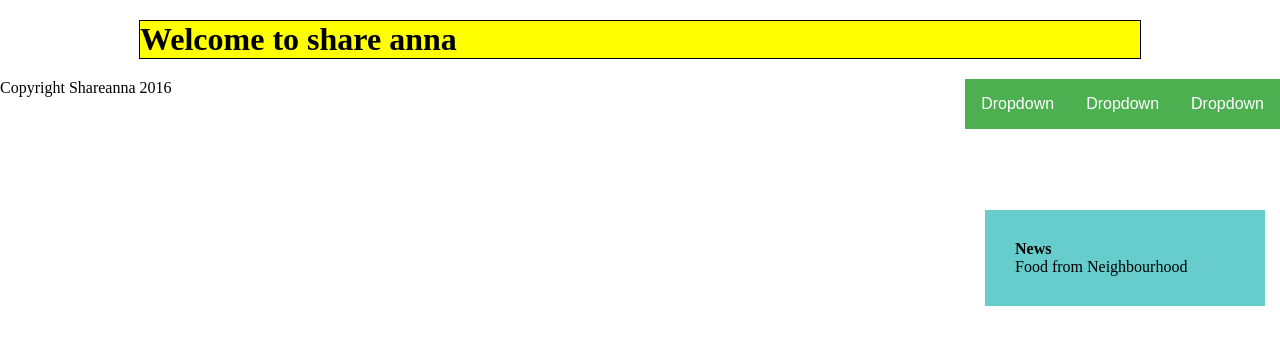
Repository: navigator007/shareanna
Page: practiceSpringMVC_1/src/main/webapp/home.html
These files come from the project's save history. The page is drawn as it stood at one moment and after the next save; the edit follows.
The browser window is 1280 px wide. The pictures show the whole page.

Above is the page before, as saved 2016-08-20 23:01:10.

### practiceSpringMVC_1/src/main/webapp/home.html
<!DOCTYPE html>
<html lang="en">
<head>
<meta charset="UTF-8">
<title>take-away, food sharing</title>
<link rel="stylesheet" href="css/home.css">
</head>
<body>
	<div id="main_header">
		<header>
			<h1>Welcome to share anna</h1>
		</header>
	</div>
	<div>
	<ul class = "menu_dropdown">
		<li>
			<div class="dropdown">
				<button class="dropbtn">Dropdown</button>
				<div class="dropdown-content">
					<a href="#">Link 1</a>
					 <a href="#">Link 2</a>
					 <a href="#">Link3</a>
				</div>
			</div>
		</li>
		<li>
			<div class="dropdown">
				<button class="dropbtn">Dropdown</button>
				<div class="dropdown-content">
					<a href="#">Link 1</a>
					 <a href="#">Link 2</a>
					 <a href="#">Link3</a>
				</div>
			</div>
		</li>
		<li>
			<div class="dropdown">
				<button class="dropbtn">Dropdown</button>
				<div class="dropdown-content">
					<a href="#">Link 1</a>
					 <a href="#">Link 2</a>
					 <a href="#">Link3</a>
				</div>
			</div>
		</li>
	</ul>
	</div>
	<div id="section">
		<section>
			<aside>
				<h4>News</h4>
				Food from Neighbourhood
			</aside>
		</section>
	</div>
	<footer> Copyright Shareanna 2016 </footer>
</body>
</html>

### practiceSpringMVC_1/src/main/webapp/css/home.css
@CHARSET "UTF-8";
*{
	margin:0px;
	padding: 0px;
}
header ,section, footer, aside, nav, article, hgroup{
	display:block;
}
body{
	text-align:left;
}
#main_header{
	border: 1px solid black;
	width: 1000px;
	margin: 20px auto;
	background: yellow;
	text-decoration: blink;
}

#section{
	position: fixed;
	float: left;
	width: 220px;
	margin: 20px 0px;
	padding: 30px;
	background: #66cccc;
	top: 190px;
	right: 15px
}
/* Dropdown button section -- start */
.dropbtn {
    background-color: #4CAF50;
    color: white;
    padding: 16px;
    font-size: 16px;
    border: none;
    cursor: pointer;
}
.dropdown {
    position: relative;
    display: inline-block;
}
.dropdown-content {
    display: none;
    position: absolute;
    background-color: #f9f9f9;
    min-width: 130px;
    box-shadow: 0px 8px 16px 0px rgba(0,0,0,0.2);
}
.dropdown-content a {
    color: black;
    padding: 12px 16px;
    text-decoration: none;
    display: block;
}
.dropdown-content a:hover {background-color: #f1f1f1}

.dropdown:hover .dropdown-content {
    display: block;
}

.dropdown:hover .dropbtn {
    background-color: #3e8e41;
}
.menu_dropdown{
	margin: 0;
    padding: 0;
    float: right;
    list-style-type: none;
}

.menu_dropdown li{
	float: left;
}
.menu_dropdown a{
	display: block;
	background-color: #dddddd;
}

After the next save:
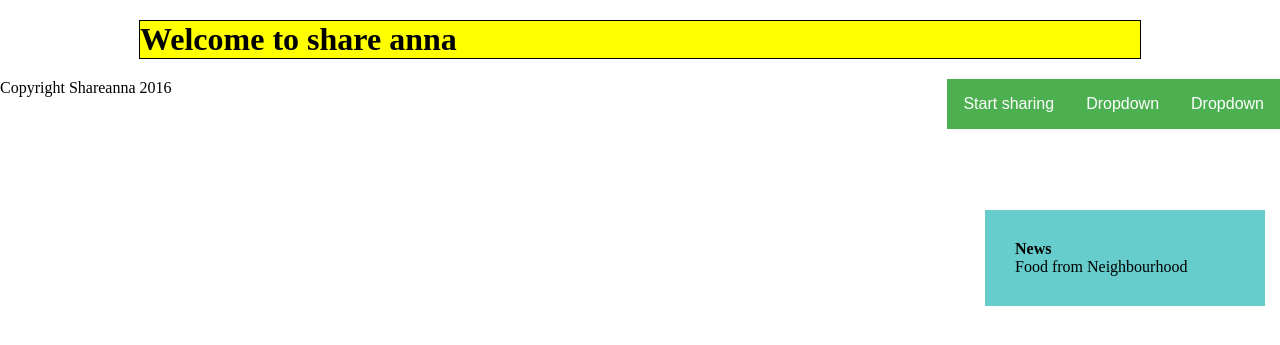
Saved 2 min 10 s later.
--- a/practiceSpringMVC_1/src/main/webapp/home.html
+++ b/practiceSpringMVC_1/src/main/webapp/home.html
@@ -15,11 +15,9 @@
 	<ul class = "menu_dropdown">
 		<li>
 			<div class="dropdown">
-				<button class="dropbtn">Dropdown</button>
+				<button class="dropbtn">Start sharing</button>
 				<div class="dropdown-content">
-					<a href="#">Link 1</a>
-					 <a href="#">Link 2</a>
-					 <a href="#">Link3</a>
+					<a href="#">You can share your food easily in your neighbourhood</a>
 				</div>
 			</div>
 		</li>
